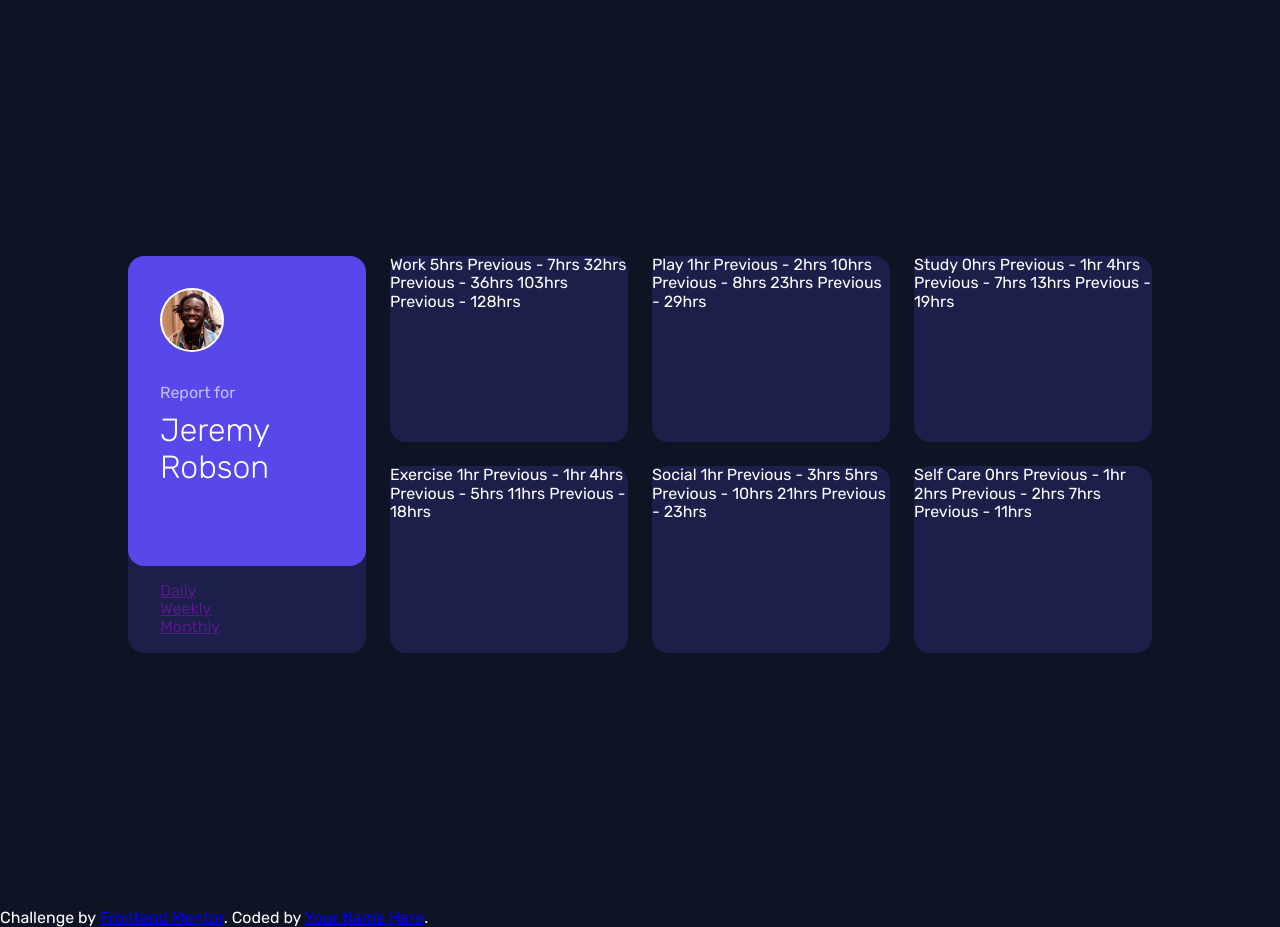
Repository: Jay-JYKim91/FM_time-tracking-dashboard
Page: index.html
The author's editor kept a copy of each file at every save. The page is drawn from the files as they stood at one save, then again after the next save.
The browser window is 1280 px wide. The pictures show the whole page.

Above is the page before, as saved 2021-12-15 22:42:19.

### index.html
<!DOCTYPE html>
<html lang="en">
<head>
  <meta charset="UTF-8">
  <meta name="viewport" content="width=device-width, initial-scale=1.0"> <!-- displays site properly based on user's device -->

  <link rel="icon" type="image/png" sizes="32x32" href="./images/favicon-32x32.png">

  <title>Time tracking dashboard</title>
  <link rel="stylesheet" href="https://cdnjs.cloudflare.com/ajax/libs/normalize/8.0.1/normalize.min.css" integrity="sha512-NhSC1YmyruXifcj/KFRWoC561YpHpc5Jtzgvbuzx5VozKpWvQ+4nXhPdFgmx8xqexRcpAglTj9sIBWINXa8x5w==" crossorigin="anonymous" referrerpolicy="no-referrer" />
  <link rel="preconnect" href="https://fonts.googleapis.com">
  <link rel="preconnect" href="https://fonts.gstatic.com" crossorigin>
  <link href="https://fonts.googleapis.com/css2?family=Rubik:wght@300;400;500&display=swap" rel="stylesheet">
  <link rel="stylesheet" href="style.css">
  <script src="main.js" defer></script>
</head>
<body>
  <section class="container">
    <article class="card profile-card">
        <div class="profile-name-card">
          <div class="profile-img-box">
            <img src="./images/image-jeremy.png" alt="jeremy" class="profile">
          </div>
          <p>Report for</p>
          <p class="name">Jeremy Robson</p>
        </div>
        <ul>
          <li><a href="">Daily</a></li>
          <li><a href="">Weekly</a></li>
          <li><a href="">Monthly</a></li>
        </ul>
    </article>
    <article class="card">
      Work
  5hrs <!-- daily -->
  Previous - 7hrs <!-- daily -->
  32hrs <!-- weekly -->
  Previous - 36hrs <!-- weekly -->
  103hrs <!-- monthly -->
  Previous - 128hrs <!-- monthly -->
    </article>
    <article class="card">
      Play
  1hr <!-- daily -->
  Previous - 2hrs <!-- daily -->
  10hrs <!-- weekly -->
  Previous - 8hrs <!-- weekly -->
  23hrs <!-- monthly -->
  Previous - 29hrs <!-- monthly -->


    </article>
    <article class="card">
      Study
  0hrs <!-- daily -->
  Previous - 1hr <!-- daily -->
  4hrs <!-- weekly -->
  Previous - 7hrs <!-- weekly -->
  13hrs <!-- monthly -->
  Previous - 19hrs <!-- monthly -->


    </article>
    <article class="card">
      Exercise
  1hr <!-- daily -->
  Previous - 1hr <!-- daily -->
  4hrs <!-- weekly -->
  Previous - 5hrs <!-- weekly -->
  11hrs <!-- monthly -->
  Previous - 18hrs <!-- monthly -->


    </article>
    <article class="card">
      Social
  1hr <!-- daily -->
  Previous - 3hrs <!-- daily -->
  5hrs <!-- weekly -->
  Previous - 10hrs <!-- weekly -->
  21hrs <!-- monthly -->
  Previous - 23hrs <!-- monthly -->


    </article>
    <article class="card">
      Self Care
  0hrs <!-- daily -->
  Previous - 1hr <!-- daily -->
  2hrs <!-- weekly -->
  Previous - 2hrs <!-- weekly -->
  7hrs <!-- monthly -->
  Previous - 11hrs <!-- monthly -->
    </article>
  </section>








  <div class="attribution">
    Challenge by <a href="https://www.frontendmentor.io?ref=challenge" target="_blank">Frontend Mentor</a>.
    Coded by <a href="#">Your Name Here</a>.
  </div>
</body>
</html>

### style.css
:root {
  --body-font: "Rubik", sans-serif;

  --blue: hsl(246, 80%, 60%);
  --light-red: hsl(15, 100%, 70%);
  --soft-blue: hsl(195, 74%, 62%);
  --light-red: hsl(348, 100%, 68%);
  --lime-green: hsl(145, 58%, 55%);
  --violet: hsl(264, 64%, 52%);
  --soft-orange: hsl(43, 84%, 65%);
  --very-dark-blue: hsl(226, 43%, 10%);
  --dark-blue: hsl(235, 46%, 20%);
  --desaturated-blue: hsl(235, 45%, 61%);
  --pale-blue: hsl(236, 100%, 87%);
}
/* --Light red (work): hsl(15, 100%, 70%)
--Soft blue (play): hsl(195, 74%, 62%)
--Light red (study): hsl(348, 100%, 68%)
--Lime green (exercise): hsl(145, 58%, 55%)
--Violet (social): hsl(264, 64%, 52%) */
body {
  background-color: var(--very-dark-blue);
  color: white;
  font-family: var(--body-font);
}
.container {
  width: 80vw;
  margin: 20% auto;
  display: grid;
  grid-template-columns: repeat(4, 1fr);
  gap: 1.5em;
}
.card {
  border-radius: 1em;
  background-color: var(--dark-blue);
}
.profile-card {
  grid-row: 1 / 3;
}
.profile-card ul {
  list-style: none;
  padding-left: 2em;
}
.profile-name-card {
  background-color: var(--blue);
  padding: 2em;
  border-radius: 1em;
}
.profile-name-card p {
  color: var(--pale-blue);
  margin: 0;
}
.profile-name-card .name {
  color: white;
  font-size: 2rem;
  font-weight: 300;
  margin: 0.3em 0 1.5em 0;
}
.profile-img-box {
  width: 64px;
  height: 64px;
  border-radius: 50%;
  background-color: white;
  margin-bottom: 2em;
}
.profile {
  width: 60px;
  margin: 2px;
}
@media (min-width: 768px) and (max-width: 1023px) {
}

@media (max-width: 767px) {
}

Loaded but not shown: main.js (empty)

After the next save:
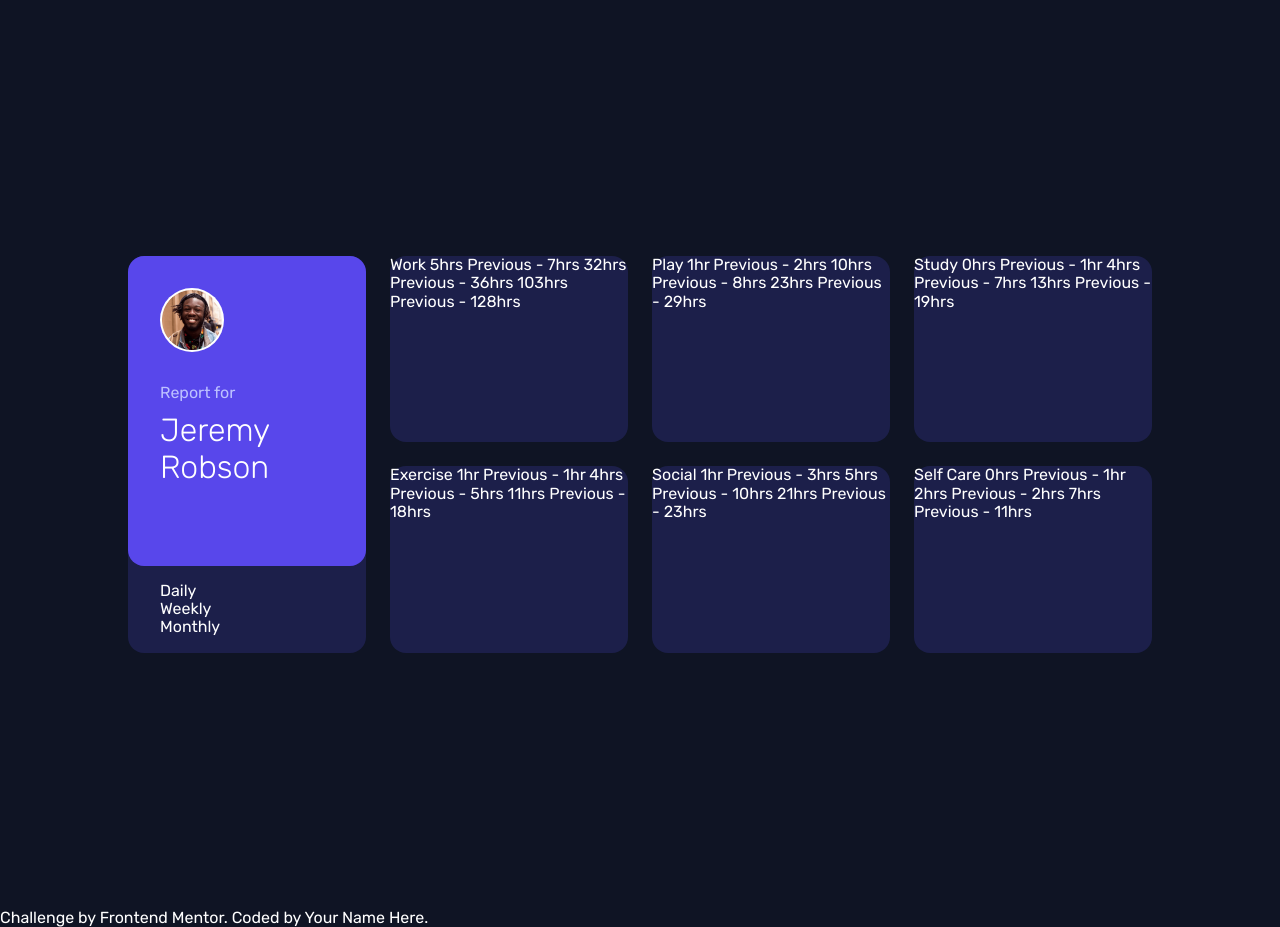
Saved 53 s later.
--- a/style.css
+++ b/style.css
@@ -22,6 +22,10 @@ body {
   background-color: var(--very-dark-blue);
   color: white;
   font-family: var(--body-font);
+}
+a {
+  text-decoration: none;
+  color: white;
 }
 .container {
   width: 80vw;
